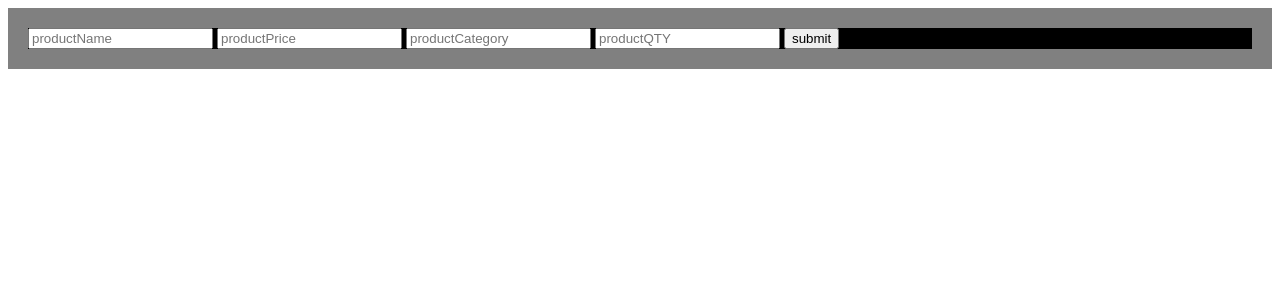
Repository: AbhishekPawshekar/Hibernate-Notes
Page: Convert_DynamicWebApplication_to_Maven/src/main/webapp/index.html
The author's editor kept a copy of each file at every save. The page is drawn from the files as they stood at one save, then again after the next save.
The browser window is 1280 px wide. The pictures show the whole page.

Above is the page before, as saved 2024-03-16 04:13:00.

After the next save:
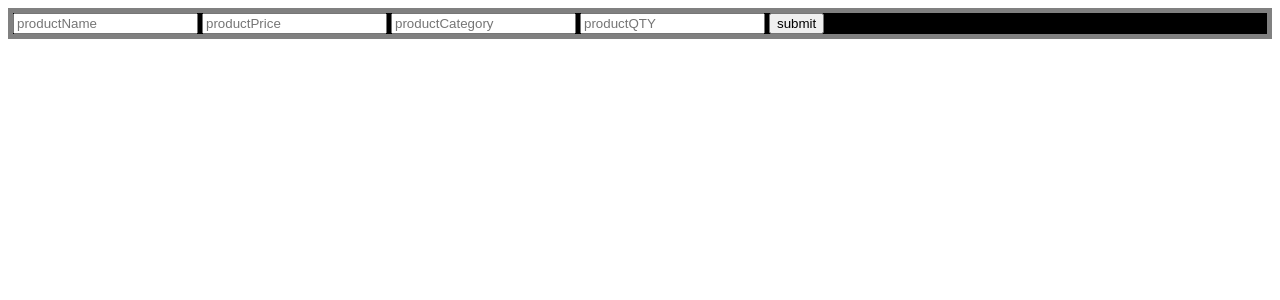
Saved 77 s later.
--- a/Convert_DynamicWebApplication_to_Maven/src/main/webapp/index.html
+++ b/Convert_DynamicWebApplication_to_Maven/src/main/webapp/index.html
@@ -6,7 +6,7 @@
 </head>
 <body>
 
-<form action="productinfo" method="Post" style=" background:black;color:white;border:20px solid grey; align-items:center;">
+<form action="productinfo" method="Post" style=" background:black;color:white;border:5px solid grey; align-items:center;">
 <input type="text" placeholder="productName" name="pn"/>
 <input type="number" placeholder="productPrice" name="pp"/>
 <input type="text" placeholder="productCategory" name="pc"/>
